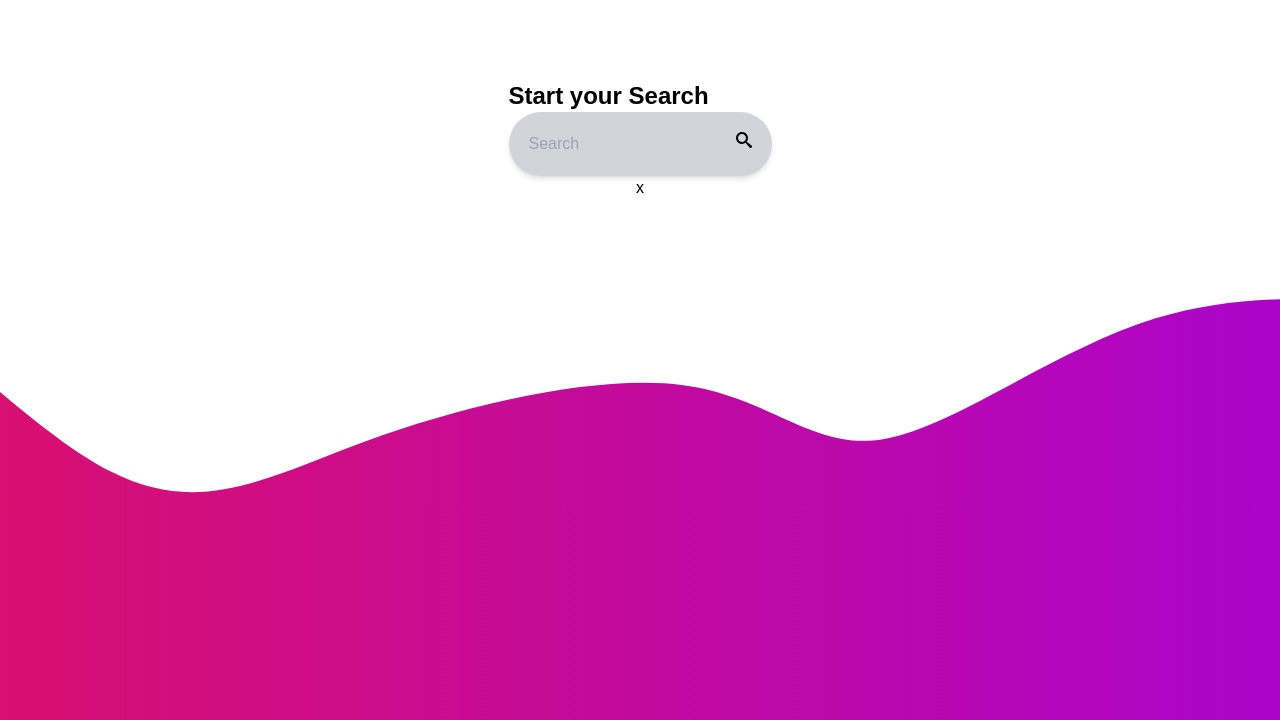
Repository: evergreenx/dictionary-octo
Page: /
An editor plug-in stored every save of this project. The page is shown before and after the next save, followed by the edit.
The browser window is 1280 px wide. The pictures show the whole page.
The project was rebuilt for these pictures with package versions that can differ from the ones it lists, and the page was loaded fresh each time. The framework's server and built-in components were replaced by stand-ins that run in the browser. Also part of the build but not shown: next.config.js.

Above is the page before, as saved 2022-04-30 14:55:09.

After the next save:
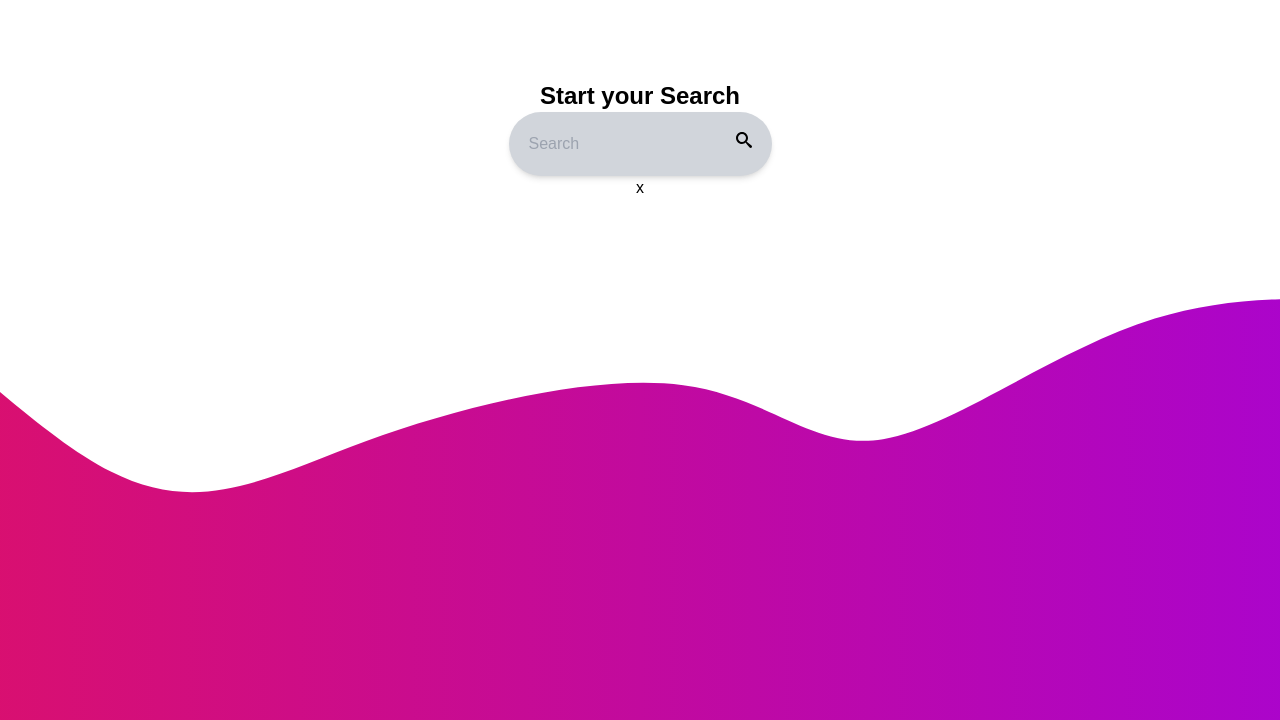
Saved 15 s later.
--- a/pages/index.js
+++ b/pages/index.js
@@ -15,7 +15,7 @@ export default function Home() {
 
       <main className=" flex flex-col justify-center items-center py-20">
         <div className="input--container">
-          <h1 className="text-2xl font-bold">Start your Search</h1>
+          <h1 className="text-2xl font-bold text-center">Start your Search</h1>
 
           <div className="flex bg-gray-300 shadow-md rounded-full p-5 ">
             <input className="input--text bg-gray-300" type="text" placeholder="Search" />
